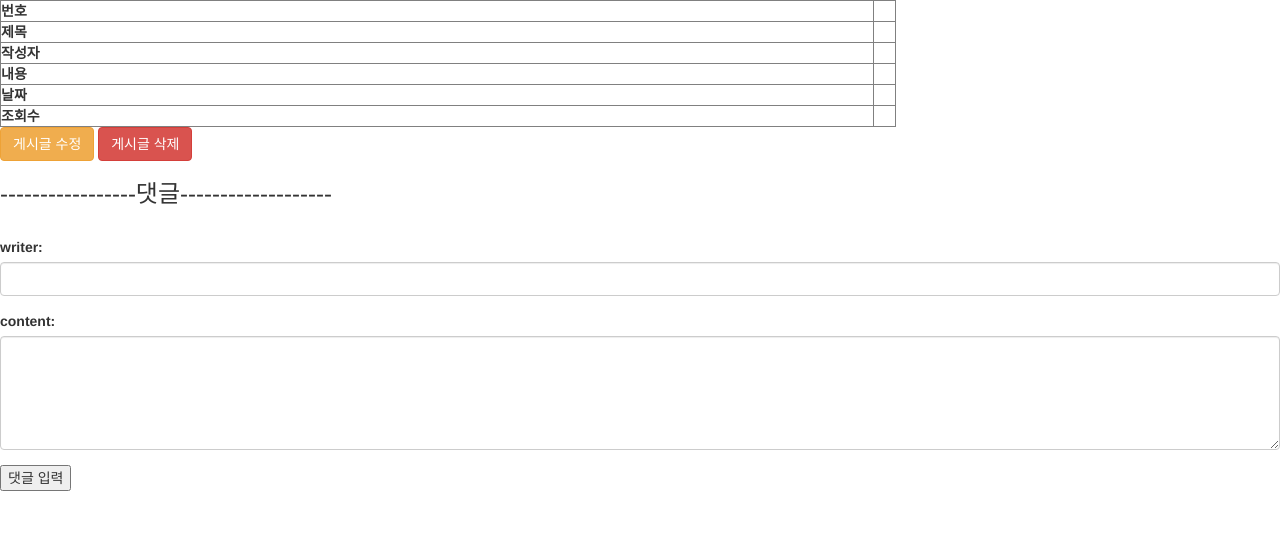
Repository: changyunLee/practice_01
Page: http://localhost/board0513/WEB-INF/views/detail.jsp
The author's editor kept a copy of each file at every save. The page is drawn from the files as they stood at one save, then again after the next save.
The browser window is 1280 px wide. The pictures show the whole page.
The page is served by Tomcat 9. Nobody is signed in. Other server files are loaded and not shown. The template is opened directly, without the code that normally fills it, so the values that code supplies are empty.

Above is the page before, as saved 2021-10-05 03:26:20.

### SpringMVC_WORK/board0513/src/main/webapp/WEB-INF/views/detail.jsp
<%@ page language="java" contentType="text/html; charset=UTF-8"
	pageEncoding="UTF-8"%>
<%@ taglib prefix="c" uri="http://java.sun.com/jsp/jstl/core"%>


<!DOCTYPE html>
<html>
<head>
<!-- Latest compiled and minified CSS -->
<link rel="stylesheet"
	href="https://maxcdn.bootstrapcdn.com/bootstrap/3.4.1/css/bootstrap.min.css">

<!-- jQuery library -->
<script
	src="https://ajax.googleapis.com/ajax/libs/jquery/3.5.1/jquery.min.js"></script>

<!-- Latest compiled JavaScript -->
<script
	src="https://maxcdn.bootstrapcdn.com/bootstrap/3.4.1/js/bootstrap.min.js"></script>

<meta charset="UTF-8">

<title>Insert title here</title>
<script type="text/javascript"
	src="https://code.jquery.com/jquery-3.6.0.min.js"></script>
<script type="text/javascript">
	function reply() {
		$.ajax({
			url : "/reply.do",
			type : "POST",
			data : $("#writerply").serialize(),
			dataType : "JSON",
			success : function(result) {
				console.log(result);
				alert("작성 완료?");
				location.href = "/home.do";
			}
		})
	}
</script>
</head>
<body>

	<table border="1" width="70%">

		<tr>
			<th>번호</th>
			<td>${board.bnum}</td>
		</tr>
		<tr>
			<th>제목</th>
			<td>${board.title}</td>
		</tr>
		<tr>
			<th>작성자</th>
			<td>${board.writer}</td>
		</tr>
		<tr>
			<th>내용</th>
			<td>${board.bcontent}</td>
		</tr>
		<tr>
			<th>날짜</th>
			<td>${board.bdate}</td>
		</tr>
		<tr>
			<th>조회수</th>
			<td>${board.bcnt}</td>
		</tr>

	</table>

	<button type="button" class="btn btn-warning"
		onclick="location.href='update.do?bnum=${board.bnum}'">게시글 수정</button>
	<button type="button"  class="btn btn-danger"
		onclick="location.href='delete.do?bnum=${board.bnum}'">게시글 삭제</button>

	<!-- 댓글  -->

	<table border="1" width="50%">
		<form id="writerply">

			<h3>-----------------댓글-------------------</h3>
			<input type="hidden" name="bnum" value=" ${board.bnum }" /><br />

			<div class="form-group">
				<label for="writer">writer:</label> <input type="text"
					class="form-control" id="writer" name="writer"
					value="${member.userid }">
			</div>
			<div class="form-group">
				<label for="content">content:</label>
				<textarea class="form-control" rows="5" id="content" name="content"></textarea>
			</div>
		</form>
	</table>
	<button type="button" onclick="reply()">댓글 입력</button>

	<div id="reply">
		<ol class="replyList">
			<c:forEach items="${replyList }" var="reply">
				<li>
					<p>
						작성자 : ${reply.writer } <br /> 작성 날짜 : ${reply.regdate }<br />
					</p>
					<p>-->${reply.content}</p>

				</li>
			</c:forEach>
		</ol>
	</div>


</body>
</html>

After the next save:
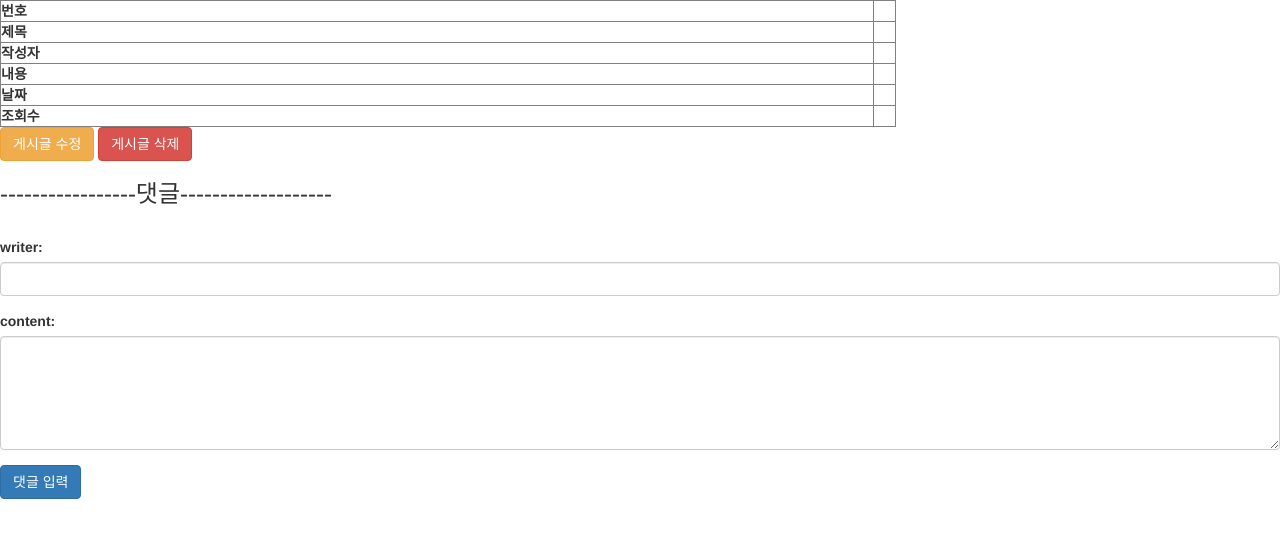
Saved 24 s later.
--- a/SpringMVC_WORK/board0513/src/main/webapp/WEB-INF/views/detail.jsp
+++ b/SpringMVC_WORK/board0513/src/main/webapp/WEB-INF/views/detail.jsp
@@ -94,7 +94,7 @@
 			</div>
 		</form>
 	</table>
-	<button type="button" onclick="reply()">댓글 입력</button>
+	<button type="button" class="btn btn-primary" onclick="reply()">댓글 입력</button>
 
 	<div id="reply">
 		<ol class="replyList">
